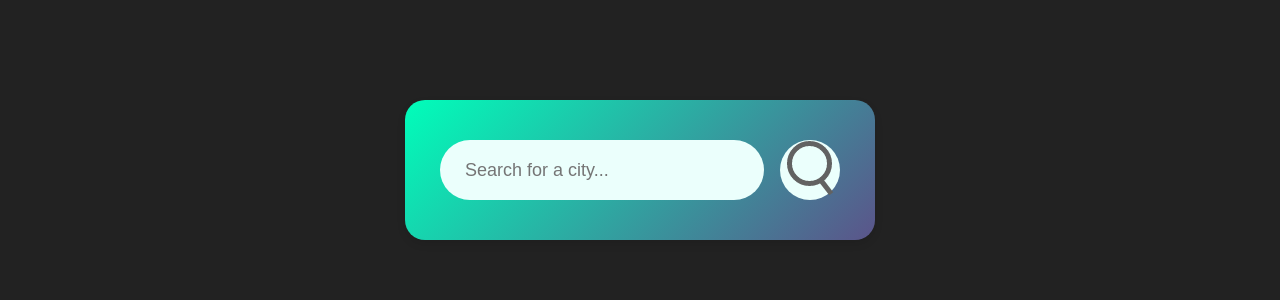
Repository: Abdelilah-Lakrim/Weather-App
Page: index.html
The author's editor kept a copy of each file at every save. The page is drawn from the files as they stood at one save, then again after the next save.
The browser window is 1280 px wide. The pictures show the whole page.

Above is the page before, as saved 2025-06-17 11:09:39.

### index.html
<!DOCTYPE html>
<html>
<head>
    <meta charset="UTF-8" />
    <title>Weather App</title>
    <link rel="stylesheet" href="style.css" >
</head>
<body>

    <div class="card">
        <div class="search">
            <input type="text" placeholder="Search for a city..." spellcheck="false" />
            <button><img src="images/search.png"></button>
        </div>
    </div>

</body>
</html>

### style.css
*{
    margin: 0;
    padding: 0;
    font-family: 'Poppins', sans-serif;
    box-sizing: border-box;
}
body{
    background-color: #222;
    color: #333;
}
.card{
    width: 90%;
    max-width: 470px;
    background: linear-gradient(135deg, #00feba, #5b548a);
    color: #fff;
    margin: 100px auto  0;
    padding: 40px 35px;
    border-radius: 20px;
    box-shadow: 0 4px 8px rgba(0, 0, 0, 0.1);
    overflow: hidden;
    position: relative;
    text-align: center;
}
.search{
    width: 100%;
    display: flex;
    align-items: center;
    justify-content: space-between;
}

.search input{
    border: 0;
    outline: 0;
    background: #ebfffc;
    color: #333;
    padding: 10px 25px;
    height: 60px;
    border-radius: 30px;
    flex: 1;
    margin-right: 16px;
    font-size: 18px;
}

.search button{
    border: 0;
    outline: 0;
    background: #ebfffc;
    height: 60px;
    width: 60px;
    border-radius: 50px;
    cursor: pointer;
}
.search button i{
    width: 16px;
}

After the next save:
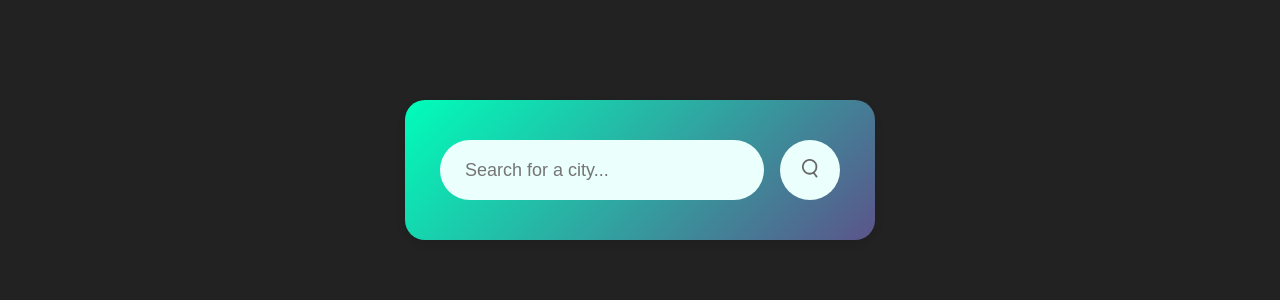
Saved 11 s later.
--- a/style.css
+++ b/style.css
@@ -50,6 +50,6 @@ body{
     border-radius: 50px;
     cursor: pointer;
 }
-.search button i{
+.search button img{
     width: 16px;
 }
